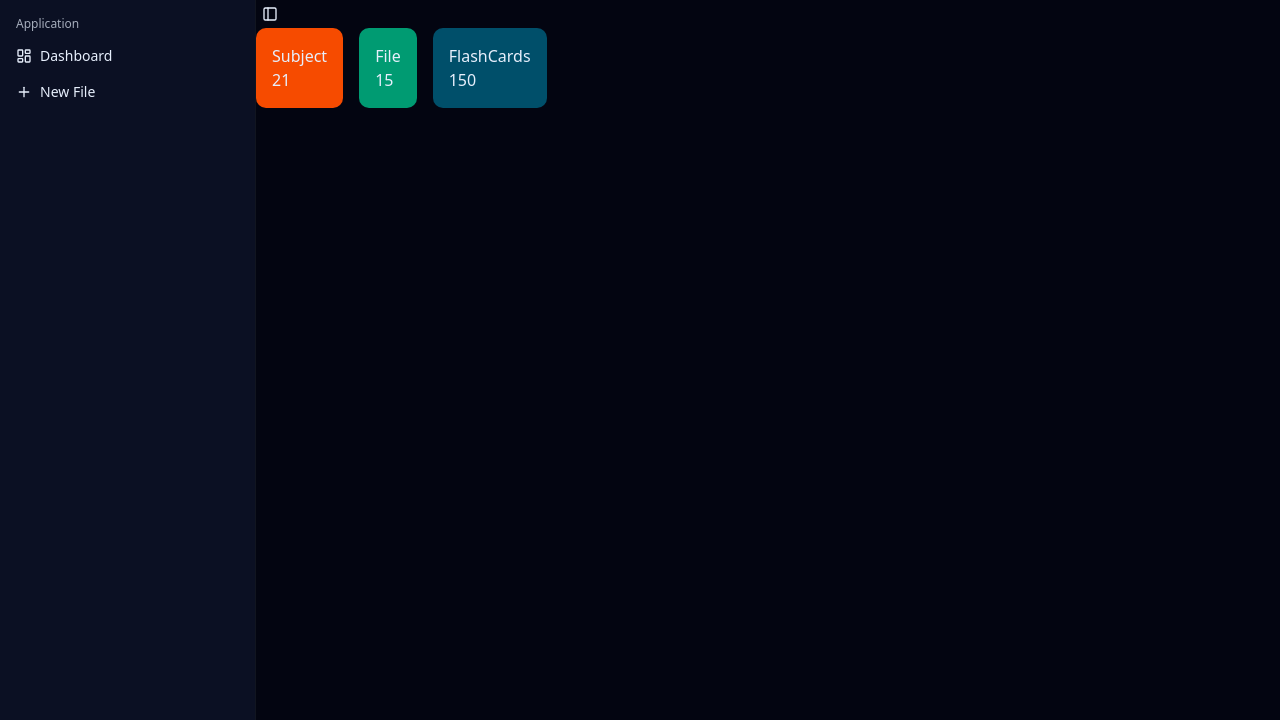
Repository: SywarDer/Student-Assistance
Page: /dashboard (app in student-assistant/)
An editor plug-in stored every save of this project. The page is shown before and after the next save, followed by the edit.
The browser window is 1280 px wide. The pictures show the whole page.
The project was rebuilt for these pictures with package versions that can differ from the ones it lists, and the page was loaded fresh each time. The framework's server and built-in components were replaced by stand-ins that run in the browser. Also part of the build but not shown: student-assistant/next.config.ts, student-assistant/components/ui/input.tsx, student-assistant/components/ui/separator.tsx, student-assistant/components/ui/skeleton.tsx. Imported but missing from the stored project, and not drawn on this page: student-assistant/components/ui/sheet.

Above is the page before, as saved 2025-10-30 19:53:53.

### student-assistant/app/layout.tsx
import type { Metadata } from "next";
import { Geist, Geist_Mono } from "next/font/google";
import "./globals.css";
import { SidebarProvider, SidebarTrigger } from "@/components/ui/sidebar";
import { AppSidebar } from "./home/components/navBar";

const geistSans = Geist({
  variable: "--font-geist-sans",
  subsets: ["latin"],
});

const geistMono = Geist_Mono({
  variable: "--font-geist-mono",
  subsets: ["latin"],
});

export const metadata: Metadata = {
  title: "Create Next App",
  description: "Generated by create next app",
};

export default function RootLayout({
children,
}: Readonly<{
  children: React.ReactNode;
}>) {
  return (
    <html lang="en">
      <body
        className={`${geistSans.variable} ${geistMono.variable} antialiased`}
      >
        <SidebarProvider>
      <AppSidebar />
      <main>
        <SidebarTrigger />
        {children}
         </main>
    </SidebarProvider>
      </body>
    </html>
  );
}

### student-assistant/app/dashboard/page.tsx
export default function Dashboard() {
    return (

        <div className="flex space-x-4">
            <div className="rounded-lg p-4" style={{
                backgroundColor: "var(--chart-1)",
                color: "var(--card-foreground)",
            }}>
                <h1 className="">Subject</h1>
                <h1 className="">21</h1>
            </div>
            <div className="rounded-lg p-4" style={{
                backgroundColor: "var(--chart-2)",
                color: "var(--card-foreground)",
            }}>
                <h1>File</h1>
                <h1>15</h1>
            </div>
            <div className="rounded-lg p-4" style={{
                backgroundColor: "var(--chart-3)",
                color: "var(--card-foreground)",
            }}>
                <h1>FlashCards</h1>
                <h1>150</h1>
            </div>
        </div>

    )
}

### student-assistant/app/globals.css
@import "tailwindcss";
@import "tw-animate-css";

@custom-variant dark (&:is(.dark *));

@theme inline {
  --color-background: var(--background);
  --color-foreground: var(--foreground);
  --font-sans: var(--font-geist-sans);
  --font-mono: var(--font-geist-mono);
  --color-sidebar-ring: var(--sidebar-ring);
  --color-sidebar-border: var(--sidebar-border);
  --color-sidebar-accent-foreground: var(--sidebar-accent-foreground);
  --color-sidebar-accent: var(--sidebar-accent);
  --color-sidebar-primary-foreground: var(--sidebar-primary-foreground);
  --color-sidebar-primary: var(--sidebar-primary);
  --color-sidebar-foreground: var(--sidebar-foreground);
  --color-sidebar: var(--sidebar);
  --color-chart-5: var(--chart-5);
  --color-chart-4: var(--chart-4);
  --color-chart-3: var(--chart-3);
  --color-chart-2: var(--chart-2);
  --color-chart-1: var(--chart-1);
  --color-ring: var(--ring);
  --color-input: var(--input);
  --color-border: var(--border);
  --color-destructive: var(--destructive);
  --color-accent-foreground: var(--accent-foreground);
  --color-accent: var(--accent);
  --color-muted-foreground: var(--muted-foreground);
  --color-muted: var(--muted);
  --color-secondary-foreground: var(--secondary-foreground);
  --color-secondary: var(--secondary);
  --color-primary-foreground: var(--primary-foreground);
  --color-primary: var(--primary);
  --color-popover-foreground: var(--popover-foreground);
  --color-popover: var(--popover);
  --color-card-foreground: var(--card-foreground);
  --color-card: var(--card);
  --radius-sm: calc(var(--radius) - 4px);
  --radius-md: calc(var(--radius) - 2px);
  --radius-lg: var(--radius);
  --radius-xl: calc(var(--radius) + 4px);
}

:root {
  --radius: 0.625rem;

  /* Base dark background & text */
  --background: oklch(0.12 0.03 270);        /* Dark gray-blue */
  --foreground: oklch(0.95 0.02 260);        /* Soft white */

  /* Cards & popovers */
  --card: oklch(0.18 0.04 270);              /* Slightly lighter than background */
  --card-foreground: var(--foreground);
  --popover: oklch(0.18 0.04 270);
  --popover-foreground: var(--foreground);

  /* Primary & secondary */
  --primary: oklch(0.6 0.12 260);            /* Deep blue */
  --primary-foreground: var(--foreground);
  --secondary: oklch(0.45 0.08 280);         /* Soft purple */
  --secondary-foreground: var(--foreground);

  /* Muted & accents */
  --muted: oklch(0.2 0.03 270);
  --muted-foreground: oklch(0.7 0.02 260);
  --accent: oklch(0.65 0.15 350);            /* Magenta/pinkish accent */
  --accent-foreground: var(--foreground);

  /* Destructive actions */
  --destructive: oklch(0.6 0.25 30);         /* Dark red */
  --border: oklch(0.3 0.02 270 / 40%);
  --input: oklch(0.15 0.03 270);             /* Slightly darker than card */
  --ring: oklch(0.5 0.03 270);

  /* Charts */
  --chart-1: oklch(0.65 0.22 40);
  --chart-2: oklch(0.6 0.15 170);
  --chart-3: oklch(0.4 0.08 230);
  --chart-4: oklch(0.6 0.18 300);
  --chart-5: oklch(0.55 0.2 50);

  /* Sidebar */
  --sidebar: oklch(0.18 0.04 270);
  --sidebar-foreground: var(--foreground);
  --sidebar-primary: var(--primary);
  --sidebar-primary-foreground: var(--foreground);
  --sidebar-accent: var(--accent);
  --sidebar-accent-foreground: var(--foreground);
  --sidebar-border: oklch(0.3 0.02 270 / 40%);
  --sidebar-ring: oklch(0.5 0.03 270);
}

/* Optional light mode toggle */
.light {
  --background: oklch(0.98 0.02 260);       /* Light gray */
  --foreground: oklch(0.12 0.03 270);       /* Dark text */

  --card: oklch(0.99 0.03 260);
  --card-foreground: var(--foreground);
  --popover: oklch(0.99 0.03 260);
  --popover-foreground: var(--foreground);

  --primary: oklch(0.2 0.05 260);
  --primary-foreground: var(--foreground);
  --secondary: oklch(0.5 0.1 280);
  --secondary-foreground: var(--foreground);

  --muted: oklch(0.85 0.03 270);
  --muted-foreground: oklch(0.35 0.02 260);
  --accent: oklch(0.8 0.2 350);
  --accent-foreground: var(--foreground);

  --destructive: oklch(0.9 0.25 30);
  --border: oklch(0.8 0.02 270 / 30%);
  --input: oklch(0.95 0.03 260);
  --ring: oklch(0.7 0.03 270);

  --chart-1: oklch(0.65 0.22 40);
  --chart-2: oklch(0.6 0.15 170);
  --chart-3: oklch(0.4 0.08 230);
  --chart-4: oklch(0.6 0.18 300);
  --chart-5: oklch(0.55 0.2 50);

  --sidebar: oklch(0.95 0.03 260);
  --sidebar-foreground: var(--foreground);
  --sidebar-primary: var(--primary);
  --sidebar-primary-foreground: var(--foreground);
  --sidebar-accent: var(--accent);
  --sidebar-accent-foreground: var(--foreground);
  --sidebar-border: oklch(0.8 0.02 270 / 30%);
  --sidebar-ring: oklch(0.7 0.03 270);
}



@layer base {
  * {
    @apply border-border outline-ring/50;
  }
  body {
    @apply bg-background text-foreground;
  }
}

### student-assistant/app/home/components/navBar.tsx
import { Calendar, Home, Inbox, LayoutDashboardIcon, PlusIcon, Search, Settings } from "lucide-react"

import {
  Sidebar,
  SidebarContent,
  SidebarGroup,
  SidebarGroupContent,
  SidebarGroupLabel,
  SidebarMenu,
  SidebarMenuButton,
  SidebarMenuItem,
} from "@/components/ui/sidebar"


const items = [
  {
    title: "Dashboard",
    url: "/dashboard",
    icon: LayoutDashboardIcon,
  },
  {
    title: "New File",
    url: "/new-file",
    icon: PlusIcon,
  },

]

export function AppSidebar() {
  return (
    <Sidebar>
      <SidebarContent>
        <SidebarGroup>
          <SidebarGroupLabel>Application</SidebarGroupLabel>
          <SidebarGroupContent>
            <SidebarMenu>
              {items.map((item) => (
                <SidebarMenuItem key={item.title}>
                  <SidebarMenuButton asChild>
                    <a href={item.url}>
                      <item.icon />
                      <span>{item.title}</span>
                    </a>
                  </SidebarMenuButton>
                </SidebarMenuItem>
              ))}
            </SidebarMenu>
          </SidebarGroupContent>
        </SidebarGroup>
      </SidebarContent>
    </Sidebar>
  )
}

### student-assistant/components/ui/button.tsx
import * as React from "react"
import { Slot } from "@radix-ui/react-slot"
import { cva, type VariantProps } from "class-variance-authority"

import { cn } from "@/lib/utils"

const buttonVariants = cva(
  "inline-flex items-center justify-center gap-2 whitespace-nowrap rounded-md text-sm font-medium transition-all disabled:pointer-events-none disabled:opacity-50 [&_svg]:pointer-events-none [&_svg:not([class*='size-'])]:size-4 shrink-0 [&_svg]:shrink-0 outline-none focus-visible:border-ring focus-visible:ring-ring/50 focus-visible:ring-[3px] aria-invalid:ring-destructive/20 dark:aria-invalid:ring-destructive/40 aria-invalid:border-destructive",
  {
    variants: {
      variant: {
        default: "bg-primary text-primary-foreground hover:bg-primary/90",
        destructive:
          "bg-destructive text-white hover:bg-destructive/90 focus-visible:ring-destructive/20 dark:focus-visible:ring-destructive/40 dark:bg-destructive/60",
        outline:
          "border bg-background shadow-xs hover:bg-accent hover:text-accent-foreground dark:bg-input/30 dark:border-input dark:hover:bg-input/50",
        secondary:
          "bg-secondary text-secondary-foreground hover:bg-secondary/80",
        ghost:
          "hover:bg-accent hover:text-accent-foreground dark:hover:bg-accent/50",
        link: "text-primary underline-offset-4 hover:underline",
      },
      size: {
        default: "h-9 px-4 py-2 has-[>svg]:px-3",
        sm: "h-8 rounded-md gap-1.5 px-3 has-[>svg]:px-2.5",
        lg: "h-10 rounded-md px-6 has-[>svg]:px-4",
        icon: "size-9",
        "icon-sm": "size-8",
        "icon-lg": "size-10",
      },
    },
    defaultVariants: {
      variant: "default",
      size: "default",
    },
  }
)

function Button({
  className,
  variant,
  size,
  asChild = false,
  ...props
}: React.ComponentProps<"button"> &
  VariantProps<typeof buttonVariants> & {
    asChild?: boolean
  }) {
  const Comp = asChild ? Slot : "button"

  return (
    <Comp
      data-slot="button"
      className={cn(buttonVariants({ variant, size, className }))}
      {...props}
    />
  )
}

export { Button, buttonVariants }

### student-assistant/components/ui/tooltip.tsx
"use client"

import * as React from "react"
import * as TooltipPrimitive from "@radix-ui/react-tooltip"

import { cn } from "@/lib/utils"

function TooltipProvider({
  delayDuration = 0,
  ...props
}: React.ComponentProps<typeof TooltipPrimitive.Provider>) {
  return (
    <TooltipPrimitive.Provider
      data-slot="tooltip-provider"
      delayDuration={delayDuration}
      {...props}
    />
  )
}

function Tooltip({
  ...props
}: React.ComponentProps<typeof TooltipPrimitive.Root>) {
  return (
    <TooltipProvider>
      <TooltipPrimitive.Root data-slot="tooltip" {...props} />
    </TooltipProvider>
  )
}

function TooltipTrigger({
  ...props
}: React.ComponentProps<typeof TooltipPrimitive.Trigger>) {
  return <TooltipPrimitive.Trigger data-slot="tooltip-trigger" {...props} />
}

function TooltipContent({
  className,
  sideOffset = 0,
  children,
  ...props
}: React.ComponentProps<typeof TooltipPrimitive.Content>) {
  return (
    <TooltipPrimitive.Portal>
      <TooltipPrimitive.Content
        data-slot="tooltip-content"
        sideOffset={sideOffset}
        className={cn(
          "bg-foreground text-background animate-in fade-in-0 zoom-in-95 data-[state=closed]:animate-out data-[state=closed]:fade-out-0 data-[state=closed]:zoom-out-95 data-[side=bottom]:slide-in-from-top-2 data-[side=left]:slide-in-from-right-2 data-[side=right]:slide-in-from-left-2 data-[side=top]:slide-in-from-bottom-2 z-50 w-fit origin-(--radix-tooltip-content-transform-origin) rounded-md px-3 py-1.5 text-xs text-balance",
          className
        )}
        {...props}
      >
        {children}
        <TooltipPrimitive.Arrow className="bg-foreground fill-foreground z-50 size-2.5 translate-y-[calc(-50%_-_2px)] rotate-45 rounded-[2px]" />
      </TooltipPrimitive.Content>
    </TooltipPrimitive.Portal>
  )
}

export { Tooltip, TooltipTrigger, TooltipContent, TooltipProvider }

Loaded but not shown: student-assistant/hooks/use-mobile.ts (common file); student-assistant/lib/utils.ts (common file); student-assistant/components/ui/sidebar.tsx (726 lines, source omitted)

After the next save:
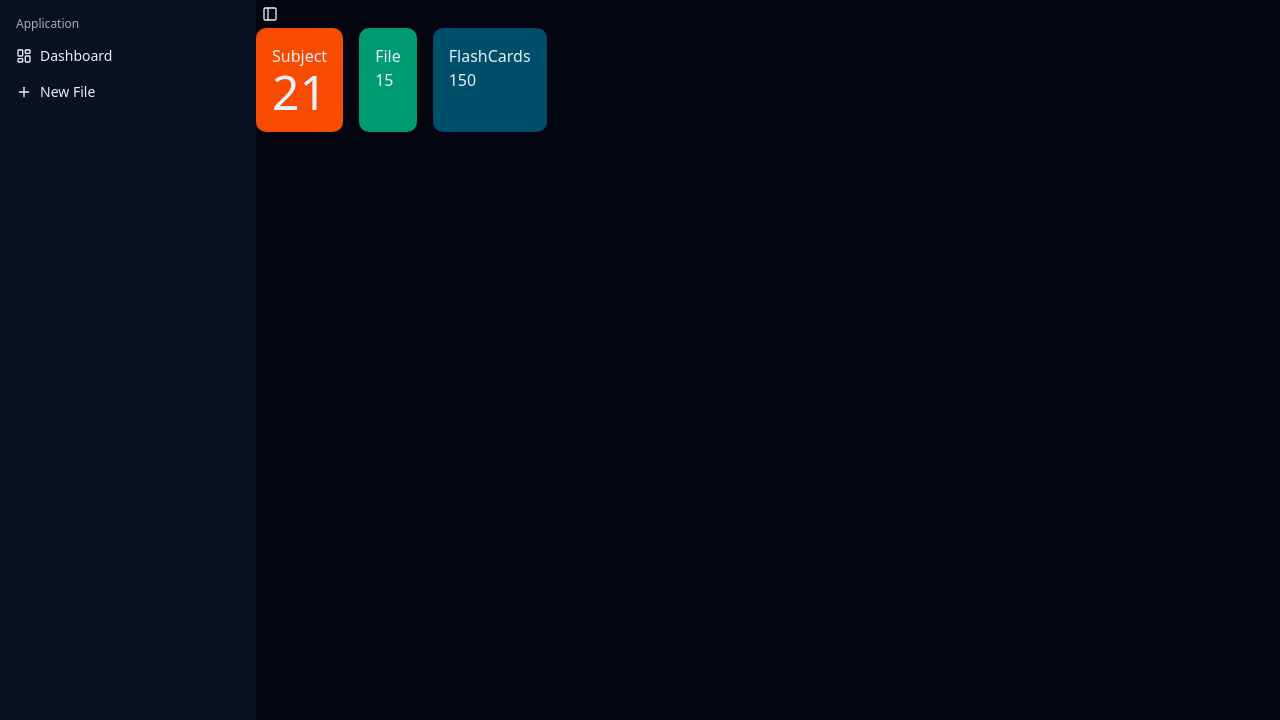
Saved 4 s later.
--- a/student-assistant/app/dashboard/page.tsx
+++ b/student-assistant/app/dashboard/page.tsx
@@ -7,7 +7,7 @@ export default function Dashboard() {
                 color: "var(--card-foreground)",
             }}>
                 <h1 className="">Subject</h1>
-                <h1 className="">21</h1>
+                <h1 className="text-5xl">21</h1>
             </div>
             <div className="rounded-lg p-4" style={{
                 backgroundColor: "var(--chart-2)",
